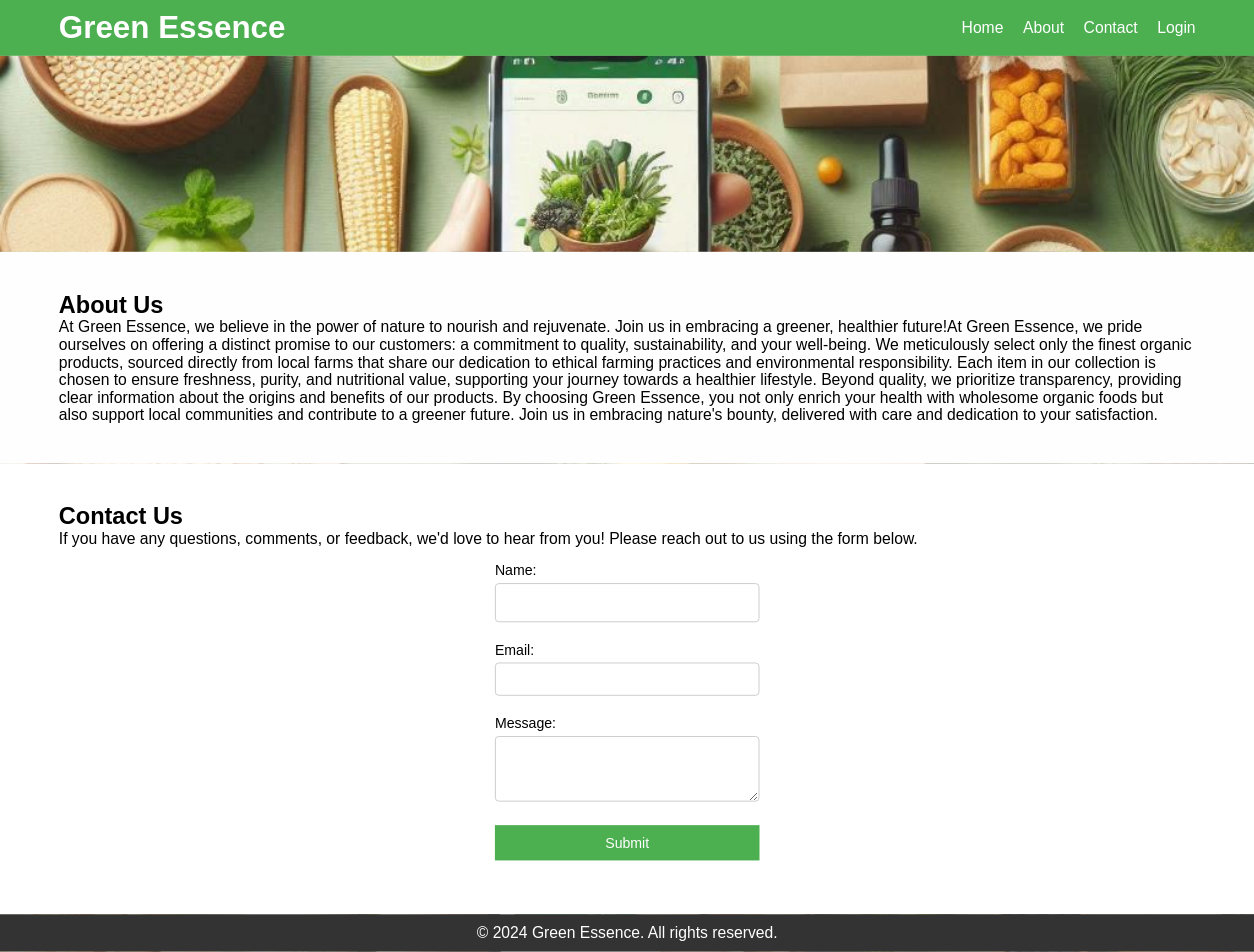
Repository: niki3210/Sahyadri
Page: Projectorganic/index.html
These files come from the project's save history. The page is drawn as it stood at one moment and after the next save; the edit follows.
The browser window is 1280 px wide. The pictures show the whole page, at 98% of full size.
Backgrounds fixed to the window are drawn as part of the page.

Above is the page before, as saved 2024-06-21 18:34:22.

After the next save:
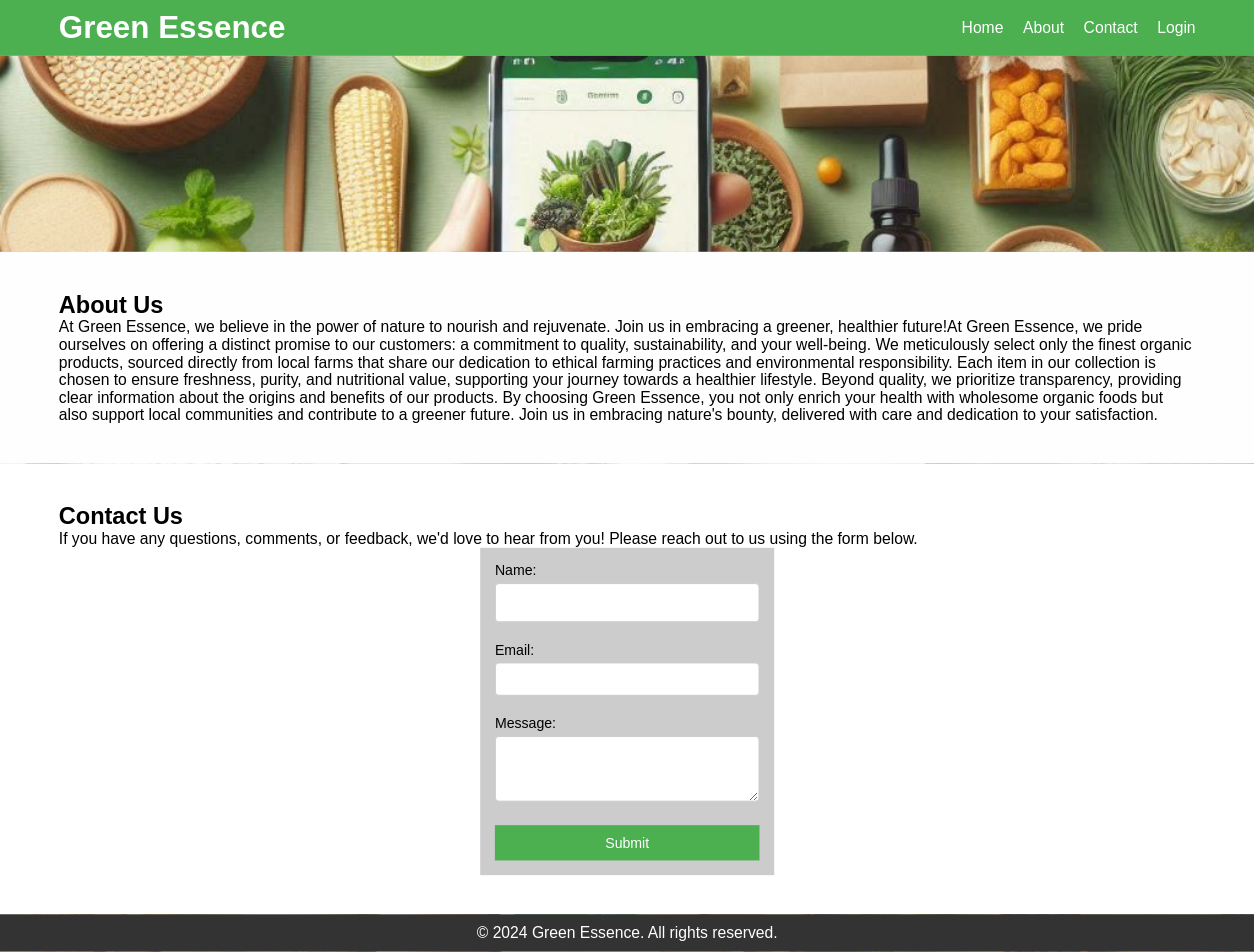
Saved 2 s later.
--- a/Projectorganic/styles.css
+++ b/Projectorganic/styles.css
@@ -109,7 +109,7 @@ form {
     margin-bottom: 30px;
     margin: 0 auto;
     border-color: #4CAF50;
-    background-color: ;
+    background-color: #ccc;
 }
 label {
     display: block;
